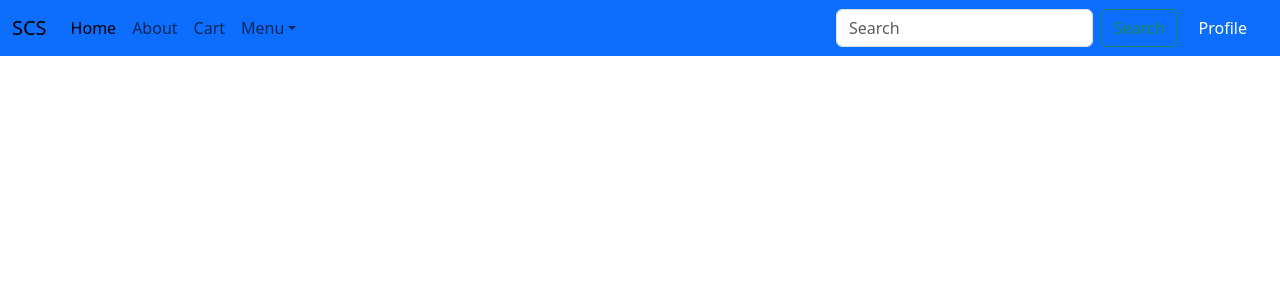
Repository: gitYash03/smart-canteen-system
Page: /
These files come from the project's save history. The page is drawn as it stood at one moment and after the next save; the edit follows.
The browser window is 1280 px wide. The pictures show the whole page.
The project was rebuilt for these pictures with package versions that can differ from the ones it lists, and the page was loaded fresh each time. Also part of the build but not shown: src/App.css.

Above is the page before, as saved 2023-08-09 12:55:01.

### public/index.html
<!DOCTYPE html>
<html lang="en">
  <head>
    <meta charset="utf-8" />
    <link rel="icon" href="%PUBLIC_URL%/favicon.ico" />
    <meta name="viewport" content="width=device-width, initial-scale=1" />
    <meta name="theme-color" content="#000000" />
    <meta
      name="description"
      content="Web site created using create-react-app"
    />
    <link rel="apple-touch-icon" href="%PUBLIC_URL%/logo192.png" />
    <!--
      manifest.json provides metadata used when your web app is installed on a
      user's mobile device or desktop. See https://developers.google.com/web/fundamentals/web-app-manifest/
    -->
    <link rel="manifest" href="%PUBLIC_URL%/manifest.json" />
    <!--
      Notice the use of %PUBLIC_URL% in the tags above.
      It will be replaced with the URL of the `public` folder during the build.
      Only files inside the `public` folder can be referenced from the HTML.

      Unlike "/favicon.ico" or "favicon.ico", "%PUBLIC_URL%/favicon.ico" will
      work correctly both with client-side routing and a non-root public URL.
      Learn how to configure a non-root public URL by running `npm run build`.
    -->
    <title>React App</title>
    <link href="https://cdn.jsdelivr.net/npm/bootstrap@5.3.1/dist/css/bootstrap.min.css" rel="stylesheet" integrity="sha384-4bw+/aepP/YC94hEpVNVgiZdgIC5+VKNBQNGCHeKRQN+PtmoHDEXuppvnDJzQIu9" crossorigin="anonymous">
   </head>
  <script src="https://cdn.jsdelivr.net/npm/bootstrap@5.3.1/dist/js/bootstrap.bundle.min.js" integrity="sha384-HwwvtgBNo3bZJJLYd8oVXjrBZt8cqVSpeBNS5n7C8IVInixGAoxmnlMuBnhbgrkm" crossorigin="anonymous"></script>
  <body>
    <noscript>You need to enable JavaScript to run this app.</noscript>
    <div id="root"></div>
    <!--
      This HTML file is a template.
      If you open it directly in the browser, you will see an empty page.

      You can add webfonts, meta tags, or analytics to this file.
      The build step will place the bundled scripts into the <body> tag.

      To begin the development, run `npm start` or `yarn start`.
      To create a production bundle, use `npm run build` or `yarn build`.
    -->
  </body>
</html>

### src/App.js
import './App.css';
import Navbar from './Components/Navbar';

function App() {
  return (
    <>
    <Navbar></Navbar>

    </>
  );
}

export default App;

### src/Components/Navbar.js
import React from 'react'

export default function Navbar() {
  return (
    <>
    <nav className="navbar navbar-expand-lg navbar-primary bg-primary ">
        <div className="container-fluid">
            <a className="navbar-brand" href="/">SCS</a>
            <button className="navbar-toggler" type="button" data-bs-toggle="collapse" data-bs-target="/navbarSupportedContent" aria-controls="navbarSupportedContent" aria-expanded="false" aria-label="Toggle navigation">
            <span className="navbar-toggler-icon"></span>
            </button>
            <div className="collapse navbar-collapse" id="navbarSupportedContent">
            <ul className="navbar-nav me-auto mb-2 mb-lg-0">
                <li className="nav-item">
                <a className="nav-link active" aria-current="page" href="/">Home</a>
                </li>
                <li className="nav-item">
                <a className="nav-link" href="/">About</a>
                </li>
                <li className="nav-item">
                <a className="nav-link" href="/">Cart</a>
                </li>
                <li className="nav-item dropdown">
                <a className="nav-link dropdown-toggle" href="/" role="button" data-bs-toggle="dropdown" aria-expanded="false">
                    Menu
                </a>
                <ul className="dropdown-menu">
                    <li><a className="dropdown-item" href="/">Action</a></li>
                    <li><a className="dropdown-item" href="/">Another action</a></li>
                    <li><a className="dropdown-item" href="/">Something else here</a></li>
                </ul>
                </li>
            </ul>
            <form className="d-flex" role="search">
                <input className="form-control me-2" type="search" placeholder="Search" aria-label="Search"/>
                <button className="btn btn-outline-success" type="submit">Search</button>
            </form>
            <button type="button" className="btn btn-primary position-relative  mx-2">
            Profile
            </button>
            </div>
        </div>
    </nav>
    </>
  )
}

Loaded but not shown: src/index.js (common file); src/reportWebVitals.js (common file); src/index.css (no stored copy; drawn as an empty file)

After the next save:
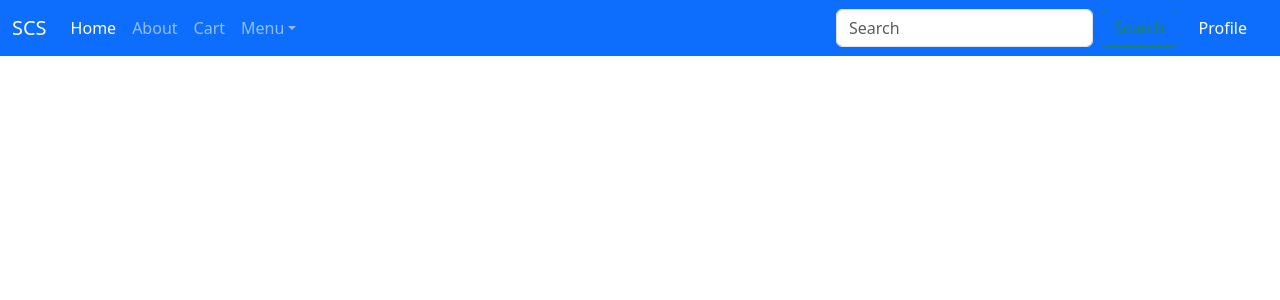
Saved 16 s later.
--- a/src/Components/Navbar.js
+++ b/src/Components/Navbar.js
@@ -3,7 +3,7 @@
 export default function Navbar() {
   return (
     <>
-    <nav className="navbar navbar-expand-lg navbar-primary bg-primary ">
+    <nav className="navbar navbar-expand-lg navbar-dark bg-primary ">
         <div className="container-fluid">
             <a className="navbar-brand" href="/">SCS</a>
             <button className="navbar-toggler" type="button" data-bs-toggle="collapse" data-bs-target="/navbarSupportedContent" aria-controls="navbarSupportedContent" aria-expanded="false" aria-label="Toggle navigation">
